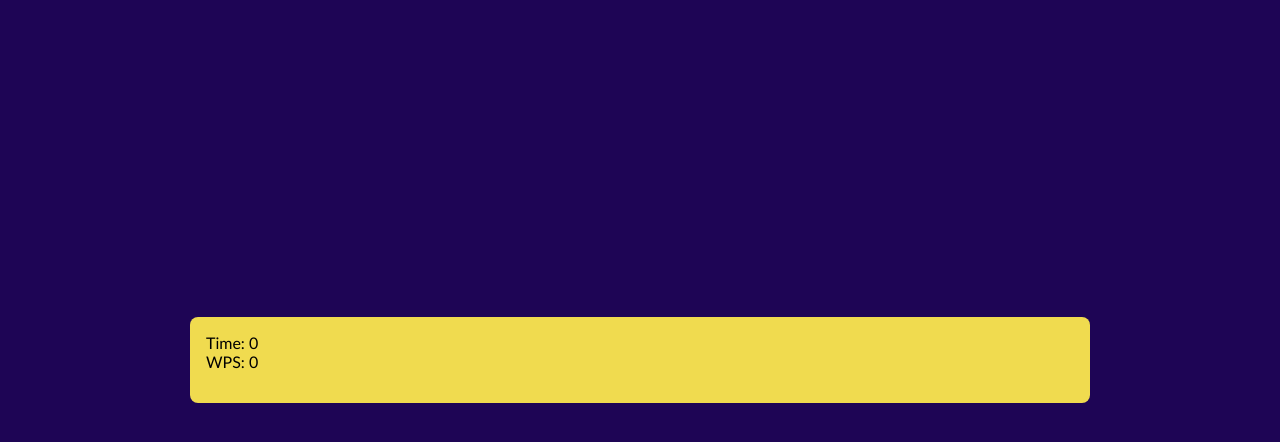
Repository: KhangNguyenIU/Vanilajs-TypingSpeed
Page: index.html
The author's editor kept a copy of each file at every save. The page is drawn from the files as they stood at one save, then again after the next save.
The browser window is 1280 px wide. The pictures show the whole page.
The page's requests for data from a server got no answer.

Above is the page before, as saved 2021-10-15 13:37:17.

### index.html
<!DOCTYPE html>
<html lang="en">
  <head>
    <meta charset="UTF-8" />
    <meta http-equiv="X-UA-Compatible" content="IE=edge" />
    <meta name="viewport" content="width=device-width, initial-scale=1.0" />
    <link rel="stylesheet" href="style.css" />
    <link
      rel="stylesheet"
      href="https://cdnjs.cloudflare.com/ajax/libs/font-awesome/6.0.0-beta2/css/all.min.css"
      integrity="sha512-YWzhKL2whUzgiheMoBFwW8CKV4qpHQAEuvilg9FAn5VJUDwKZZxkJNuGM4XkWuk94WCrrwslk8yWNGmY1EduTA=="
      crossorigin="anonymous"
      referrerpolicy="no-referrer"
    />
    <link
      href="https://fonts.googleapis.com/css2?family=Lora:ital,wght@0,400;0,500;1,400;1,500&display=swap"
      rel="stylesheet"
    />
    <script src="script.js" defer></script>
    <title>Typing Game</title>
  </head>
  <body>
    <body>
      <div class="container">
        <div class="typing-box">
          <div class="display-info">
            <div class="timer">
              <span>Time: </span>
              <span id="timer">0</span>
            </div>
            <div class="word-speed">
              <span> WPS: </span>
              <span id="word-speed"> 0.0 </span>
            </div>
          </div>

          <div class="quote-display" id="quoteDisplay"></div>
        </div>
      </div>

      <div class="modal" id="modal">
        <div class="modal-body">
          <i class="fas fa-times" id="close-icon"></i>
          <p class="text-primary">Congratulation</p>
          <p class="text-secondary">Accuracy :<span id="accuracy"></span> %</p>
          <p class="text-secondary">Word per seconds: <span id="wps"></span></p>
        </div>
      </div>
      <div id="overlay"></div>
    </body>
  </body>
</html>

### style.css
* {
    box-sizing: border-box;
  }

  body {
    display: flex;
    justify-content: center;
    align-items: center;
    min-height: 100vh;
    margin: 0;
    background-color: #1E0555;
  }

  body, .quote-input {
    font-family: 'Gill Sans', 'Gill Sans MT', Calibri, 'Trebuchet MS', sans-serif;
  }

  .container{
    margin: 0 auto;
    width: 900px;
    height: 100vh;
    display: flex;
    flex-direction: column;
    justify-content: center;
    align-items: center;
  }

  .text-primary{
    font-size: 32px;
    font-family: "Lora", sans-serif;
    color: rgba(0, 0, 0, .8  );
  }

  .text-secondary{
    font-size: 22px;
    font-family: "Lora", serif;
  }

  .typing-box {
    background-color: #F0DB4F;
    padding: 1rem;
    border-radius: .5rem;
    width: 100%;
  }

  #overlay {
    position: fixed;
    opacity: 0;
    transition: 200ms ease-in-out;
    top: 0;
    left: 0;
    right: 0;
    bottom: 0;
    background-color: rgba(0, 0, 0, .5  );
    pointer-events: none;
  }

  #overlay.active{
    opacity: 1;
    pointer-events: all;
  }
  .modal {
    opacity: 0;
    position: absolute;
    top: 50%;
    left: 50%;
    transform: translate(-50%, -50%);
    transition: 200ms ease-in-out;
    border-radius: 5px;
    z-index: 10;
    background-color: white;
    width: 500px;
    height: 500px;
    max-width: 80%;
    display: flex;
    flex-direction: column;
    justify-content: center;
    align-items: center;
  }

  .modal.active{
    opacity: 1;
  }




  .quote-display {
    margin-bottom: 1rem;
    margin-left: calc(1rem + 2px);
    margin-right: calc(1rem + 2px);
    font-size: 26px;
    letter-spacing: 1.5px;
    line-height: 40px;
    color: rgba(0,0,0,.5);
  }

  .current-char{
    color:black;
    text-decoration: underline;

  }

  .quote-input {
    background-color: transparent;
    border: 2px solid #A1922E;
    outline: none;
    width: 100%;
    height: 8rem;
    margin: auto;
    resize: none;
    padding: .5rem 1rem;
    font-size: 1rem;
    border-radius: .5rem;
  }

  .quote-input:focus {
    border-color: black;
  }

  .correct {
    color: green;
  }

  .incorrect {
    color: red;
  }

  #close-icon{
    position: absolute;
    top: 20px;
    left: 50%;
    font-size: 20px;
    cursor: pointer;
  }

### script.js
const RANDOM_QUOTE_API_URL = "http://api.quotable.io/random"

const quoteDisplayElement = document.getElementById('quoteDisplay')
const quoteInputElement = document.getElementById('quoteInput')
const timerDisplay = document.getElementById("timer")
const modal = document.getElementById("modal")
const overlay = document.getElementById("overlay")
const wordSpeedDisplay = document.getElementById('word-speed')
const closeButton = document.getElementById("close-icon")
const blockedKey = [91, 20, 18, 17, 16, 13, 9]
let current = 0
let correct = 0
let incorrect=0;
let duration;
let wordSpeed;
let flag = false
let startTime;
var interval;
let wordLength;


closeButton.addEventListener("click",function(){
    closeModal()
})

overlay.addEventListener("click",function(){
    console.log("click")
    closeModal()
})
function openModal(){
    modal.classList.add("active")
    overlay.classList.add("active")
    updateResult()
}

function closeModal(){
    modal.classList.remove("active")
    overlay.classList.remove("active")
    renderNewQuote()
}

function updateResult(){
    const accuracyResult = document.getElementById("accuracy")
    const wpsResult = document.getElementById("wps")
    accuracyResult.innerText = Math.ceil(((wordLength- incorrect)/wordLength)*100)
    wpsResult.innerText = wordSpeed
}
function getRandomQuote() {
    return fetch(RANDOM_QUOTE_API_URL)
        .then(response => response.json())
        .then(data => data.content)
}

const startTimer = () => {
    let current = new Date()
    duration = Math.floor((current - startTime) / 1000)
    wordSpeed = (correct / duration).toFixed(2);
    wordSpeedDisplay.innerText = wordSpeed
    timerDisplay.innerText = duration
}


document.addEventListener('keydown', onTyping)

function onTyping(event) {

    if (!flag) {
        startTime = new Date()
        interval = setInterval(startTimer, 1000)
        flag = true
    }
    let arrayQuote = quoteDisplayElement.querySelectorAll("span")

    if (!blockedKey.includes(event.keyCode)) {
        if (event.key == arrayQuote[current].innerText) {
            arrayQuote[current].classList.remove("current-char")
            arrayQuote[current].classList.add("correct")
            current = current += 1;
            correct += 1
            if (current < arrayQuote.length)
                arrayQuote[current].classList.add("current-char")
            if (current >= arrayQuote.length) {
                clearInterval(interval)
                openModal()
                return;
            }
        }

        else {
            arrayQuote[current].classList.add("incorrect")
            incorrect ++;
        }
    }

}

async function renderNewQuote() {
    duration=0;
    wordSpeed=0;
    timerDisplay.innerText = 0;
    wordSpeedDisplay.innerText = 0
    const quote = await getRandomQuote();
    quoteDisplayElement.innerHTML = ""
    quote.split("").forEach(element => {
        const characterSpan = document.createElement("span")
        characterSpan.innerText = element
        quoteDisplayElement.appendChild(characterSpan)
    });
    quoteDisplayElement.querySelector("span").classList.add("current-char")
    wordLength = quoteDisplayElement.querySelectorAll("span").length
}



renderNewQuote()

After the next save:
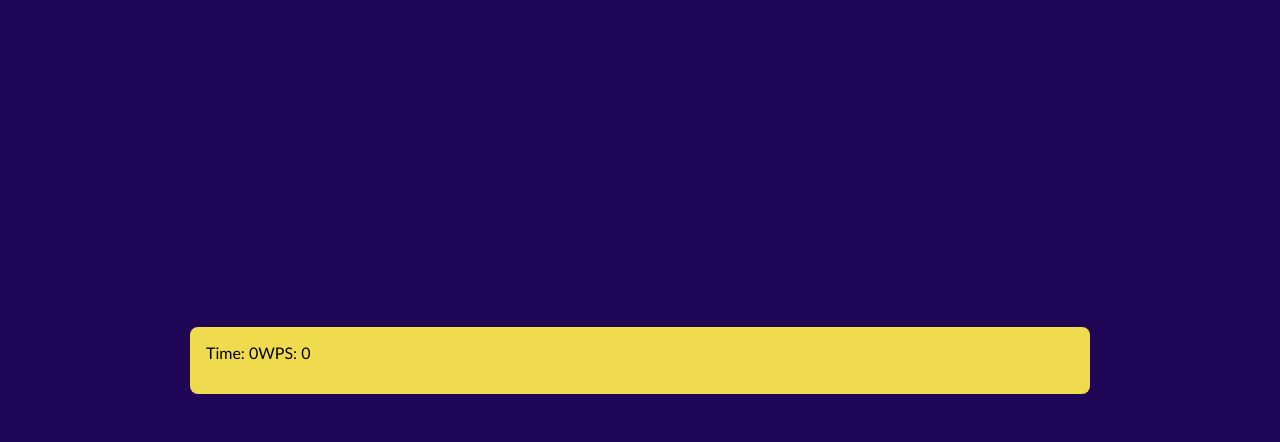
Saved 21 s later.
--- a/style.css
+++ b/style.css
@@ -83,7 +83,9 @@
   }
 
 
-
+  .display-info{
+    display: flex;
+  }
 
   .quote-display {
     margin-bottom: 1rem;
